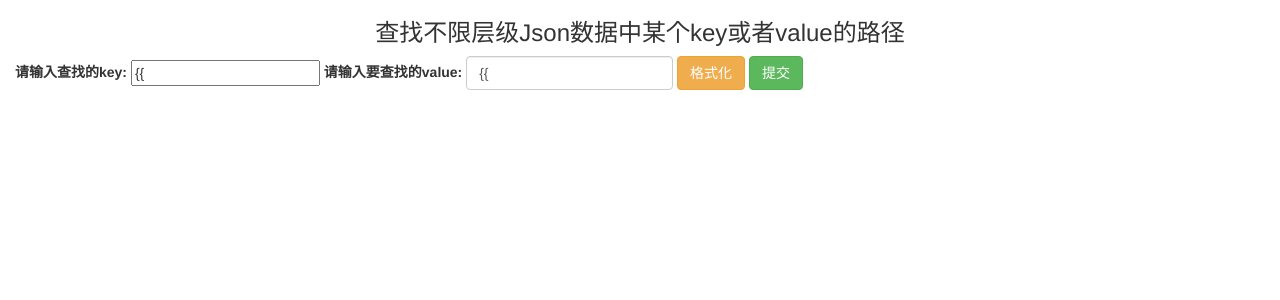
Repository: wangyanqing666/study
Page: other.html
The author's editor kept a copy of each file at every save. The page is drawn from the files as they stood at one save, then again after the next save.
The browser window is 1280 px wide. The pictures show the whole page.
Some web libraries are served in a nearby version.

Above is the page before, as saved 2020-12-03 11:10:06.

### other.html
<!DOCTYPE html>
<html lang="en">

<head>

    <head>

        <meta charset="UTF-8">
        <meta name="viewport" content="width=device-width, initial-scale=1,maximum-scale=1, user-scalable=no">
        <title>jean同步配置</title>
        <link rel="stylesheet" href="https://cdn.staticfile.org/twitter-bootstrap/3.3.7/css/bootstrap.min.css">
        <script src="https://cdn.staticfile.org/jquery/2.1.1/jquery.min.js"></script>
        <script src="https://cdn.staticfile.org/twitter-bootstrap/3.3.7/js/bootstrap.min.js"></script>
    </head>

<body>
                        <h3 class="text-center">查找不限层级Json数据中某个key或者value的路径</h3>

    <div class="container-fluid">

        <form class="form-inline" action="/formit" method="POST">

            <div class="form-group">
                <label>请输入查找的key: </label>

                <input class="form-group" type="text" id="key" name="key" value={{ redata.key }} >
            </div>

            <div class="form-group">
                <label>请输入要查找的value: </label>

                <input class="form-control" type="text" id="key1" name="key1" value={{ redata.value }}>
                <button type="button" class="btn btn-warning" id="formatting" onclick="beautify();">格式化</button>
                <input type="submit" class="btn btn-success" value="提交">

                <div>
        </form>
    </div>

    <!-- <div class="container-fluid">


        <div class="form-group">

            <textarea class="column " style="height: 671px; width: 418px;" id="editor1"
                placeholder="给一个JSON字符串，然后会自动格式化" spellcheck="false" name="jstr">{{ redata.jstr }}</textarea>
            <textarea id="editor2" style="height: 671px; width: 418px;" class="clumn " placeholder="key值"
                name="jstr1">{{ redata.res2 }}</textarea>
            <textarea id="editor3" style="height: 671px; width: 418px;" class="clumn " placeholder="value值"
                name="jstr2">{{ redata.res3 }}</textarea>
        </div>

    </div> -->








</body>

</html>

After the next save:
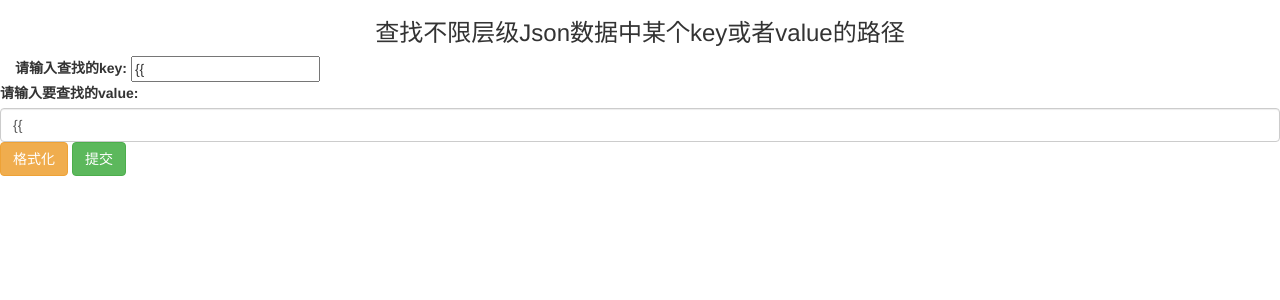
Saved 58 s later.
--- a/other.html
+++ b/other.html
@@ -26,6 +26,9 @@
                 <input class="form-group" type="text" id="key" name="key" value={{ redata.key }} >
             </div>
 
+        </form>
+    </div>
+
             <div class="form-group">
                 <label>请输入要查找的value: </label>
 
@@ -34,8 +37,6 @@
                 <input type="submit" class="btn btn-success" value="提交">
 
                 <div>
-        </form>
-    </div>
 
     <!-- <div class="container-fluid">
 
